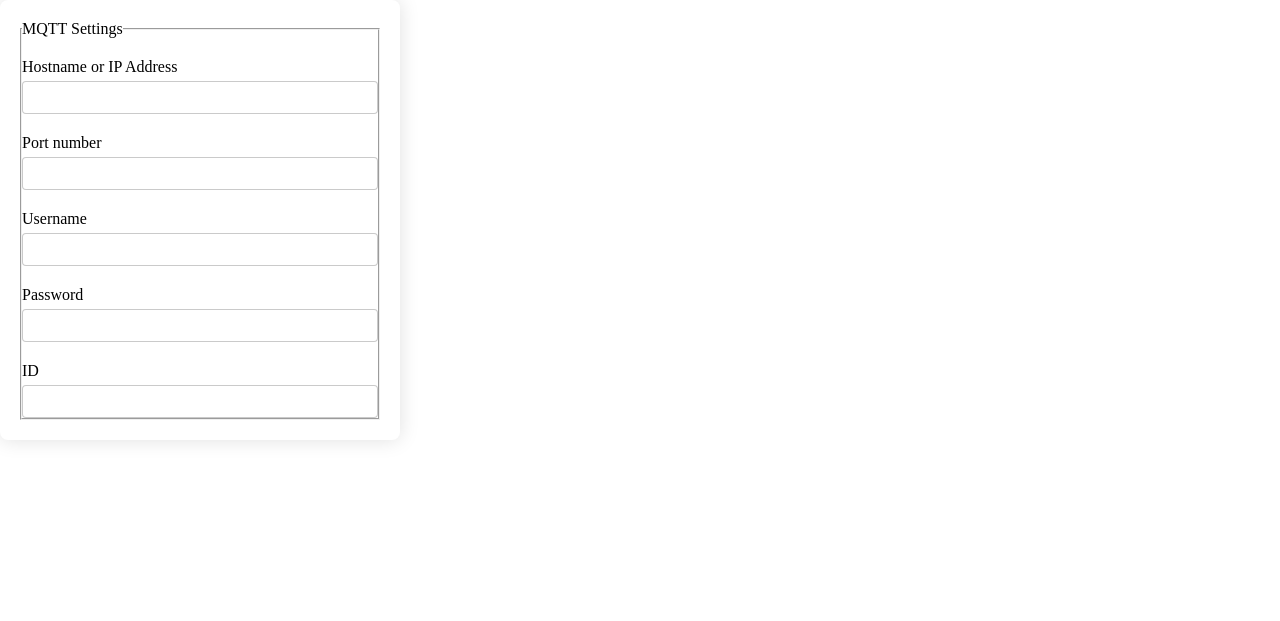
Repository: alex-dow/psikon-weather-station
Page: data/index.html
An editor plug-in stored every save of this project. The page is shown before and after the next save, followed by the edit.
The browser window is 1280 px wide. The pictures show the whole page.

Above is the page before, as saved 2021-12-09 22:34:55.

### data/index.html
<!DOCTYPE html>
<html>
<head>
  <meta charset='utf-8'>
  <meta http-equiv='X-UA-Compatible' content='IE=edge'>
  <title>Psikon Weather Reporter</title>
  <meta name='viewport' content='width=device-width, initial-scale=1'>
  <style>
 * {
  padding: 0;
  margin: 0;
  box-sizing: border-box;
 }
 body {
  font-family: "Montserrat";
 }
 section {
  min-height: 100vh;
  width: 100%;
  display: flex;
  align-items: center;
  justify-content: center;
  background-color: aliceblue;
 }
 .container {
  max-width: 400px;
  width: 90%;
  padding: 20px;
  box-shadow: 0px 0px 20px #00000020;
  border-radius: 8px;
  background-color: white;
 }
 .step {
  display: none;
 }
 .step.active {
  display: block;
 }
 .form-group {
  width: 100%;
  margin-top: 20px;
 }
 .form-group input {
  width: 100%;
  border: 1.5px solid rgba(128, 128, 128, 0.418);
  padding: 5px;
  font-size: 18px;
  margin-top: 5px;
  border-radius: 4px;
 }
 button.next-btn,
 button.previous-btn,
 button.submit-btn {
  float: right;
  margin-top: 20px;
  padding: 10px 30px;
  border: none;
  outline: none;
  background-color: rgb(180, 220, 255);
  font-family: "Montserrat";
  font-size: 18px;
  cursor: pointer;
  /* text-align: right; */
 }
   button.previous-btn {
  float: left;
 }
 button.submit-btn {
  background-color: aquamarine;
 }
  </style>
</head>
<body>
  <div class="container">
  <form>
    <fieldset>
      <legend>MQTT Settings</legend>
      <div class="form-group">
        <label for="mqtt_host">Hostname or IP Address</label>
        <input id="mqtt_host"/>
      </div>
      <div class="form-group">
        <label for="mqtt_port">Port number</label>
        <input id="mqtt_port" type="number" min="0" max="65536"/>
      </div>
      <div class="form-group">
        <label for="mqtt_username">Username</label>
        <input id="mqtt_username"/>
      </div>
      <div class="form-group">
        <label id="mqtt_password">Password</label>
        <input id="mqtt_password"/>
      </div>
      <div class="form-group">
        <label for="mqtt_id">ID</label>
        <input id="mqtt_id" /><br/>
      </div>
    </fieldset>
  </form>
  </div>
</body>
</html>

After the next save:
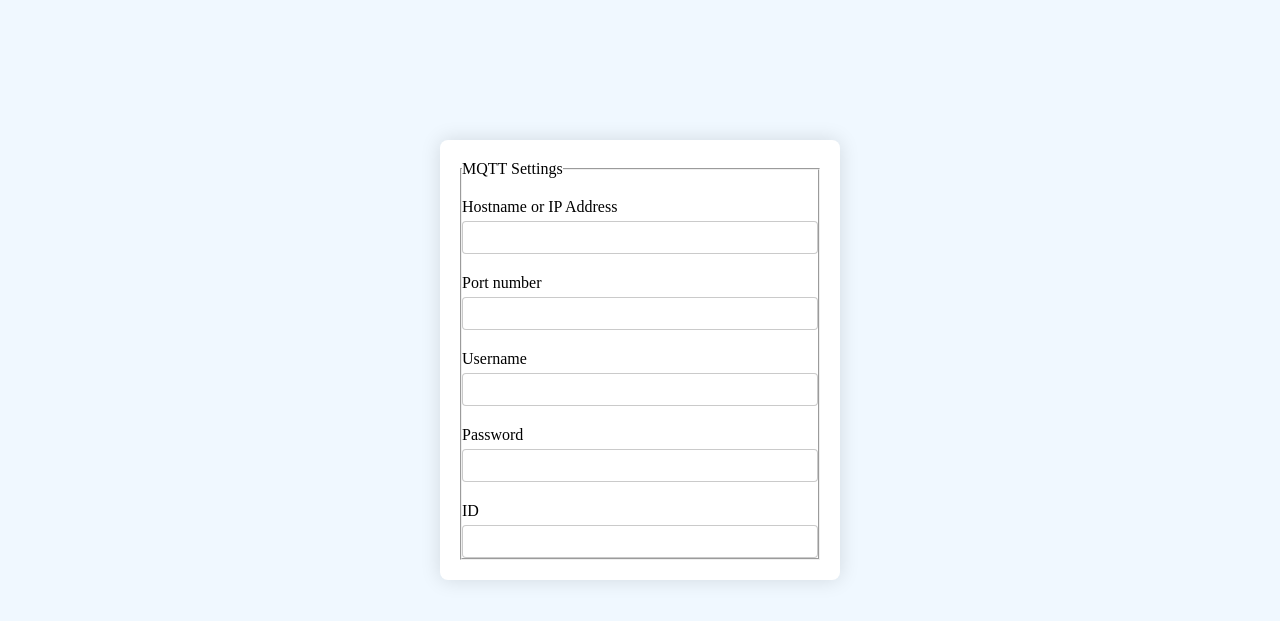
Saved 15 s later.
--- a/data/index.html
+++ b/data/index.html
@@ -71,6 +71,7 @@
   </style>
 </head>
 <body>
+<section>
   <div class="container">
   <form>
     <fieldset>
@@ -98,5 +99,6 @@
     </fieldset>
   </form>
   </div>
+</section>
 </body>
 </html>
